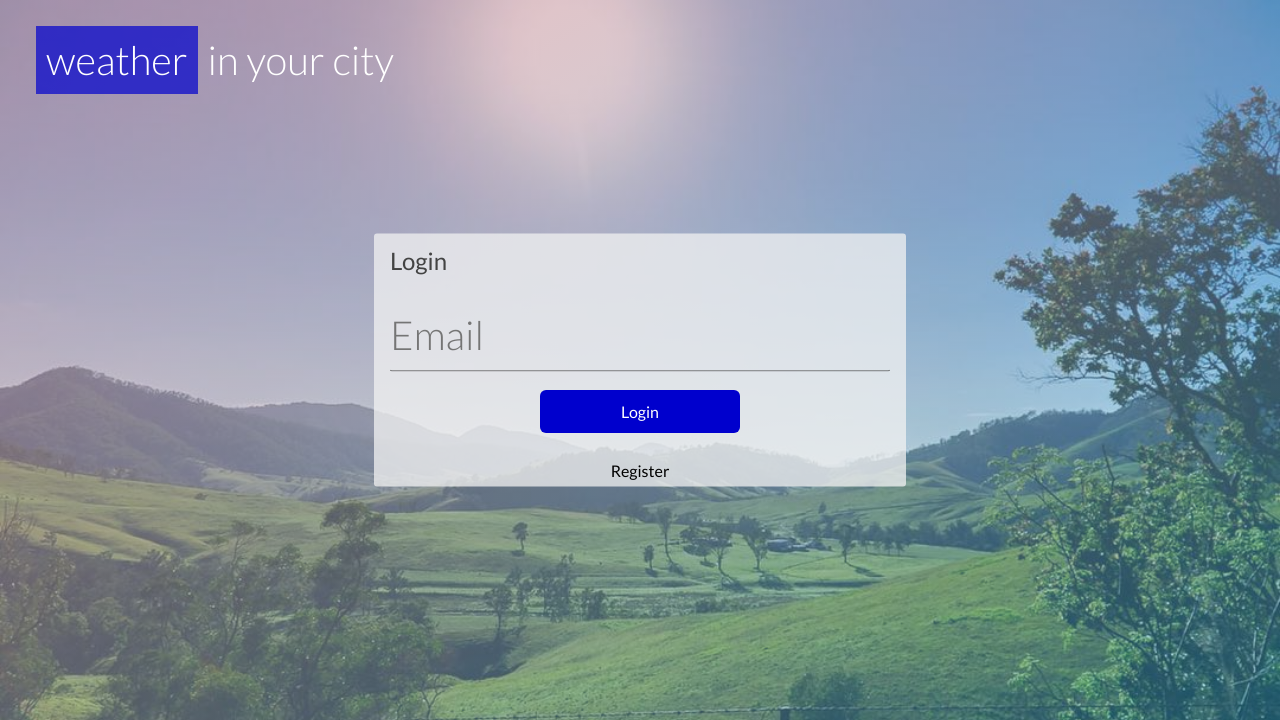
Repository: nosplashurinal/weather-app
Page: /, after clicking the first element matching `button.next`
The author's editor kept a copy of each file at every save. The page is drawn from the files as they stood at one save, then again after the next save.
The browser window is 1280 px wide. The pictures show the whole page.
The project was rebuilt for these pictures with package versions that can differ from the ones it lists, and the page was loaded fresh each time. Also part of the build but not shown: src/components/RecentSearches.vue, src/components/Search.vue, src/components/WeatherDataBlock.vue.

Above is the page before, as saved 2018-12-31 17:19:58.

### public/index.html
<!DOCTYPE html>
<html lang="en">

<head>
	<meta charset="utf-8">
	<meta http-equiv="X-UA-Compatible" content="IE=edge">
	<meta name="viewport" content="width=device-width,initial-scale=1.0">
	<link rel="icon" href="<%= BASE_URL %>favicon.ico">
	<link href="https://fonts.googleapis.com/css?family=Lato:300,400" rel="stylesheet">
	<title>weather-app</title>
</head>

<body>
	<noscript>
		<strong>We're sorry but weather-app doesn't work properly without JavaScript enabled. Please enable it to continue.</strong>
	</noscript>
	<div id="app"></div>
	<!-- built files will be auto injected -->
</body>

</html>

### src/App.vue
<template>
  <div class="root-container">
    <div class="bg" v-bind:style="{backgroundImage: `url(${bg})`}"></div>
    <div class="overlay"></div>
    <div class="title">
      <span>weather</span>
      <span>in your city</span>
    </div>
    <transition name="slide">
      <Login v-if="!loginSuccess && !showRegistration" v-on:on-login="attemptLogin" />
    </transition>
    <Registration v-if="showRegistration" v-on:on-success="showRegistration = false" />
    <div v-if="loginSuccess" class="search-container" v-bind:class="{resultActive: showResults}">
      <Search
        v-bind:message="message"
        v-bind:showLoading="isLoadingResults"
        v-bind:isError="isError"
        v-on:on-key-press="onClickSearch"
        v-on:on-change="onInputChange"
      />
      <transition name="ease">
        <div class="results-container" v-if="showResults">
          <WeatherDataBlock v-bind:weatherData="weatherData"/>
        </div>
      </transition>
    </div>
  </div>
</template>

<script>
import Search from "./components/Search.vue";
import WeatherDataBlock from "./components/WeatherDataBlock.vue";
import Login from "./components/Login.vue";
import Registration from "./components/Registration.vue";
import axios from "axios";

export default {
  name: "app",
  components: {
    Search,
    WeatherDataBlock,
    Login,
    Registration
  },
  data() {
    return {
      currentQueryValue: null,
      results: [],
      showResults: false,
      address: null,
      isError: false,
      message: null,
      searchQuery: null,
      isLoadingResults: false,
      units: "metric",
      weatherData: undefined,
      bg: "/images/bg.jpg",
      weatherBg: null,
      screenWidth: window.innerWidth,
      screenHeight: window.innerHeight,
      showRegistration: false,
      loginSuccess: false
    };
  },
  created: function() {
    if (!JSON.parse(window.localStorage.getItem("user"))) {
      this.showRegistration = true;
    }
  },
  mounted: function() {
    if (JSON.parse(window.localStorage.getItem("searches"))) {
      this.validateRecentSearches();
    }
  },
  watch: {
    async searchQuery(newQuery) {
      let storedWeatherData;
      this.showResults = false;

      // Check if anything is saved in localStorage
      if (window.localStorage.getItem("searches")) {
        // Now, check if the current query matches anything in localStorage
        storedWeatherData = this.getFromLocalStorage(newQuery);
      } else {
        // Create an empty object in localStorage
        window.localStorage.setItem("searches", null);
      }
      if (storedWeatherData) {
        this.isLoadingResults = true;
        // Translate localStorage data into the format needed to display the data
        setTimeout(
          () =>
            (this.weatherData = this.parseStoredWeatherData(
              storedWeatherData.result
            )),
          0.0001
        );
      } else {
        this.isLoadingResults = true;
        try {
          let weatherData = await this.fetchWeatherDataForCity(
            this.searchQuery
          );
          const formattedData = this.parseApiResponse(newQuery, weatherData);
          this.pushDataToLocalStorage(formattedData);
          this.weatherData = formattedData.result;
        } catch {
          this.isLoadingResults = false;
          this.isError = true;
        }
      }
    },
    weatherData() {
      this.isLoadingResults = false;
      this.showResults = true;
      this.changeBackgroundImage();
    }
  },
  methods: {
    async validateRecentSearches() {
      let storedData = window.localStorage.getItem("searches");
      let storedDataObject = JSON.parse(storedData);
      let promiseArray = [];
      let newDataObject = [];
      storedDataObject.forEach(({ result }) => {
        promiseArray.push(this.fetchWeatherDataForCity(result.name));
      });
      let responseArray = await Promise.all(promiseArray);
      responseArray.forEach((data, index) => {
        const formattedData = this.parseApiResponse(
          storedDataObject[index].query,
          data
        );
        newDataObject.push(formattedData);
      });
      window.localStorage.setItem("searches", JSON.stringify(newDataObject));
    },
    timeDifferenceBetwenNowAndDate(d) {
      const date = new Date(d * 1000);
      const now = new Date();
      return (now.getTime() - date.getTime()) / (1000 * 60);
    },
    attemptLogin(e) {
      const user = window.localStorage.getItem("user");
      if (user === e) {
        this.loginSuccess = true;
      }
    },
    onInputChange() {
      if (this.isError) this.isError = false;
    },
    pushDataToLocalStorage(newDataItem) {
      let storedData = window.localStorage.getItem("searches");
      let storedDataObject = JSON.parse(storedData);
      let newDataObject = [];
      if (storedDataObject) {
        newDataObject = [...storedDataObject, newDataItem];
      } else {
        newDataObject.push(newDataItem);
      }
      window.localStorage.setItem("searches", JSON.stringify(newDataObject));
    },
    parseApiResponse(query, data) {
      return {
        query,
        result: {
          id: data.sys.id,
          temp: data.main.temp,
          name: data.name,
          country: data.sys.country,
          icon: data.weather[0].icon,
          description: data.weather[0].description,
          date: data.dt,
          humidity: data.wind.speed,
          wind: data.main.humidity
        }
      };
    },
    parseStoredWeatherData(data) {
      return {
        name: data.name,
        country: data.country,
        humidity: data.humidity,
        temp: data.temp,
        wind: data.wind,
        icon: data.icon,
        description: data.description,
        date: data.date
      };
    },
    getFromLocalStorage(i) {
      const localStorage = window.localStorage;
      const searchObject = JSON.parse(localStorage.getItem("searches"));
      if (searchObject) {
        return searchObject.find(item => item.query === i);
      } else {
        return null;
      }
    },
    onClickSearch(e) {
      this.searchQuery = e;
    },
    fetchWeatherDataForCity(city) {
      return new Promise((resolve, reject) => {
        axios
          .get(
            `http://api.openweathermap.org/data/2.5/weather?q=${city}&APPID=7c519880689160b16f5d233f16f2868d${
              this.units === "metric" ? "&units=metric" : ""
            }`
          )
          .then(response => {
            if (response.status === 404) {
              reject(response.err);
            } else {
              resolve(response.data);
            }
          })
          .catch(() => {
            this.isError = true;
            this.isLoadingResults = false;
            return;
          });
      });
    },
    changeBackgroundImage() {
      var newImg = new Image();
      newImg.onload = () => (this.bg = newImg.src);
      newImg.src = `https://loremflickr.com/1920/1080/${
        this.weatherData.description
      }`;
    }
  }
};
</script>

<style lang="scss" src="@/styles/app.scss">
</style>

### src/styles/app.scss
@import "./global.scss";
@import "./constants.scss";

.root-container {
  width: 100%;
  height: auto;
  overflow-y: scroll;
  overflow-x: hidden;
  font-size: 16px;
}
.bg {
  position: absolute;
  background-repeat: no-repeat;
  background-size: cover;
  background-position: center;
  -webkit-transition: background-image 500ms ease-in-out;
  transition: background-image 500ms ease-in-out;
  width: 100%;
  height: 100%;
}
.overlay {
  position: absolute;
  width: 100%;
  height: 100%;
  background-image: linear-gradient(
    to bottom right,
    rgba(230, 154, 154, 0.65),
    rgba(44, 181, 232, 0.4)
  );
}
.title {
  position: absolute;
  top: 36px;
  left: 36px;
  width: auto;
  height: auto;
  text-align: center;
  font-size: 2.5em;
  color: #fff;
  font-family: $font-primary;
  font-weight: 100;
  > span {
    padding: 0.25em;
    &:nth-child(1) {
      background-color: rgba($blue, 0.7);
    }
  }
}
.search-container {
  position: absolute;
  top: 50%;
  transform: translate(-50%, -50%);
  left: 50%;
  .results-container {
    margin-top: 4em;
    z-index: 9;
  }
}
.ease-enter-active,
.ease-leave-active {
  transition: all 900ms cubic-bezier(0, 0.57, 0.01, 0.97);
}
.ease-enter, .ease-leave-to /* .fade-leave-active below version 2.1.8 */ {
  opacity: 0;
  transform: scale(0.9) translate(0, 50px);
}
.slide-enter-active, .slide-leave-active {
  transition: opacity 350ms ease-in-out;
}
.slide-enter /* .fade-leave-active below version 2.1.8 */ {
  opacity: 0;
}

### src/styles/global.scss
html, body {
	position: relative;
	width: 100%;
	height: 100%;
}

body {
	color: #333;
	margin: 0;
	padding: 0;
	box-sizing: border-box;
	font-family: -apple-system, BlinkMacSystemFont, "Segoe UI", Roboto, Oxygen-Sans, Ubuntu, Cantarell, "Helvetica Neue", sans-serif;
}

a {
	color: rgb(0,100,200);
	text-decoration: none;
}

a:hover {
	text-decoration: underline;
}

a:visited {
	color: rgb(0,80,160);
}

label {
	display: block;
}

input, button, select, textarea {
	font-family: inherit;
	font-size: inherit;
	padding: 0.4em;
	margin: 0 0 0.5em 0;
	box-sizing: border-box;
	border: 1px solid #ccc;
	border-radius: 2px;
}

input:disabled {
	color: #ccc;
}

button {
	background-color: #f4f4f4;
	outline: none;
}

button:active {
	background-color: #ddd;
}

button:focus {
	border-color: #666;
}

p {
	margin: 0;
	padding: 0;
}

ul {
	list-style: none;
}
input:focus {
	outline: 0;
}
button {
	border: 0;
}

### src/styles/constants.scss
$blue: rgb(0, 0, 205);
$font-primary: "Lato", sans-serif;

### src/components/Login.vue
<template>
  <div class="login">
    <div class="login-container">
      <p>Login</p>
      <input
        autocomplete="off"
        type="email"
        name="email"
        class="email"
        id="email"
        placeholder="Email"
        v-on:keypress="onKeyPress"
      >
      <div class="button-container">
        <button class="login" v-on:click="onLogin">Login</button>
        <button class="register-button">Register</button>
      </div>
    </div>
  </div>
</template>
<script>
export default {
  name: "Login",
  methods: {
    onKeyPress(e) {
      this.$emit("on-login", e.target.value);
    }
  }
};
</script>
<style lang="scss" src="@/styles/login.scss">
</style>

### src/components/Registration.vue
<template>
  <div class="registration">
    <p>Please take a few moments to register.</p>
    <div class="fields-container">
      <input
        placeholder="Enter your Email"
        autofocus
        autocomplete="off"
        type="email"
        name="email"
        class="email"
        id="email"
        v-model="email"
      >
      <input
        placeholder="Enter your Name"
        autofocus
        autocomplete="off"
        type="text"
        name="name"
        class="name"
        id="name"
        v-model="name"
      >
      <input
        placeholder="Mobile"
        autofocus
        autocomplete="off"
        type="phone"
        name="mobile"
        class="mobile"
        id="mobile"
        v-model="mobile"
      >
      <input
        placeholder="Where are you located?"
        autofocus
        autocomplete="off"
        type="text"
        name="location"
        class="location"
        id="location"
        v-model="location"
      >
    </div>
    <button type="button" class="next" v-on:click="onRegister">Next</button>
  </div>
</template>
<script>
export default {
  name: "Registration",
  data() {
    return {
      email: null,
      name: null,
      mobile: null,
      location: null
    };
  },
  methods: {
    onRegister() {
      const { email, name, mobile, location } = this;
      const userObject = {
        email,
        name,
        mobile,
        location
      };
      window.localStorage.setItem("user", JSON.stringify(userObject));
      this.$emit("on-success");
    }
  }
};
</script>
<style lang="scss" src="@/styles/registration.scss">
</style>

### src/styles/login.scss
@import "./constants.scss";

.login {
  position: absolute;
  top: 50%;
  transform: translate(-50%, -50%);
  left: 50%;
  background: rgba(#f2f2f2, 0.75);
  border-radius: 3px;
  font-family: "Lato", sans-serif;
  padding: 0 1em;
  .login-container {
    display: flex;
    flex-direction: column;
    position: relative;
    p {
      color: #434343;
      position: relative;
      font-size: 1.5em;
      padding: 0.5em 0;
      margin-bottom: 0.5em;
      flex: none;
      width: auto;
    }
    input {
      color: #434343;
      background: transparent;
      border: 0;
      display: block;
      border-bottom: 1px solid #434343;
      font-size: 2.5em;
      font-weight: 300;
      margin: 0;
      width: 500px;
      height: auto;
      padding: 0;
      padding: 0.3em 0;
      margin-bottom: 1em;
      position: relative;
      &:focus {
        background: transparent;
        border: 0;
        border-bottom: 1px solid #434343;
        outline: none;
        box-shadow: none;
      }
      ::-webkit-input-placeholder {
        /* Chrome/Opera/Safari */
        color: #434343;
      }
      ::-moz-placeholder {
        /* Firefox 19+ */
        color: #434343;
      }
    }
    .button-container {
      flex: none;
      position: relative;
      bottom: 0;
      text-align: center;
      font-size: 1em;
      .login {
        background: $blue;
        color: #fff;
        text-align: center;
        border-radius: 6px;
        cursor: pointer;
        width: 200px;
        height: auto;
        position: relative;
        padding: 0.75em;
        display: block;
        margin: 0;
      }
      .register-button {
        width: 200px;
        height: auto;
        background: none;
        margin: auto;
        position: relative;
        display: block;
        cursor: pointer;
        &:hover {
          text-decoration: underline;
        }
      }
    }
  }
  .fade-enter-active,
  .fade-leave-active {
    transition: opacity 350ms ease-in-out;
  }
  .fade-enter, .fade-leave-to /* .fade-leave-active below version 2.1.8 */ {
    opacity: 0;
  }
}

### src/styles/registration.scss
@import "./constants.scss";

.registration {
  position: absolute;
  top: 50%;
  transform: translate(-50%, -50%);
  left: 50%;
  background: rgba(#f2f2f2, 0.75);
  border-radius: 3px;
  font-family: "Lato", sans-serif;
  padding: 0 1em;
  p {
    color: #434343;
    position: relative;
    font-size: 1.5em;
    padding: 0.5em 0;
    margin-bottom: 0.5em;
  }
  .fields-container {
    position: relative;
    padding: 0 1.25em;
    ::-webkit-input-placeholder { /* Chrome/Opera/Safari */
      color: #434343;
    }
    ::-moz-placeholder { /* Firefox 19+ */
      color: #434343;
    }
    input {
      color: #434343;
      background: transparent;
      border: 0;
      display: block;
      border-bottom: 1px solid #434343;
      font-size: 1.5em;
      font-weight: 300;
      margin: 0;
      width: 100%;
      height: auto;
      padding: 0;
      padding: 0.3em 0;
      margin-bottom: 1em;
      &::focus {
        background: transparent;
        border: 0;
        border-bottom: 1px solid #434343;
        outline: none;
        box-shadow: none;
      }
    }
  }
  .next {
    background: $blue;
    color: #fff;
    padding: 0.75em;
    margin-right: 1em;
    border-radius: 6px;
    cursor: pointer;
    float: right;
  }
}

Loaded but not shown: src/main.js (common file)

After the next save:
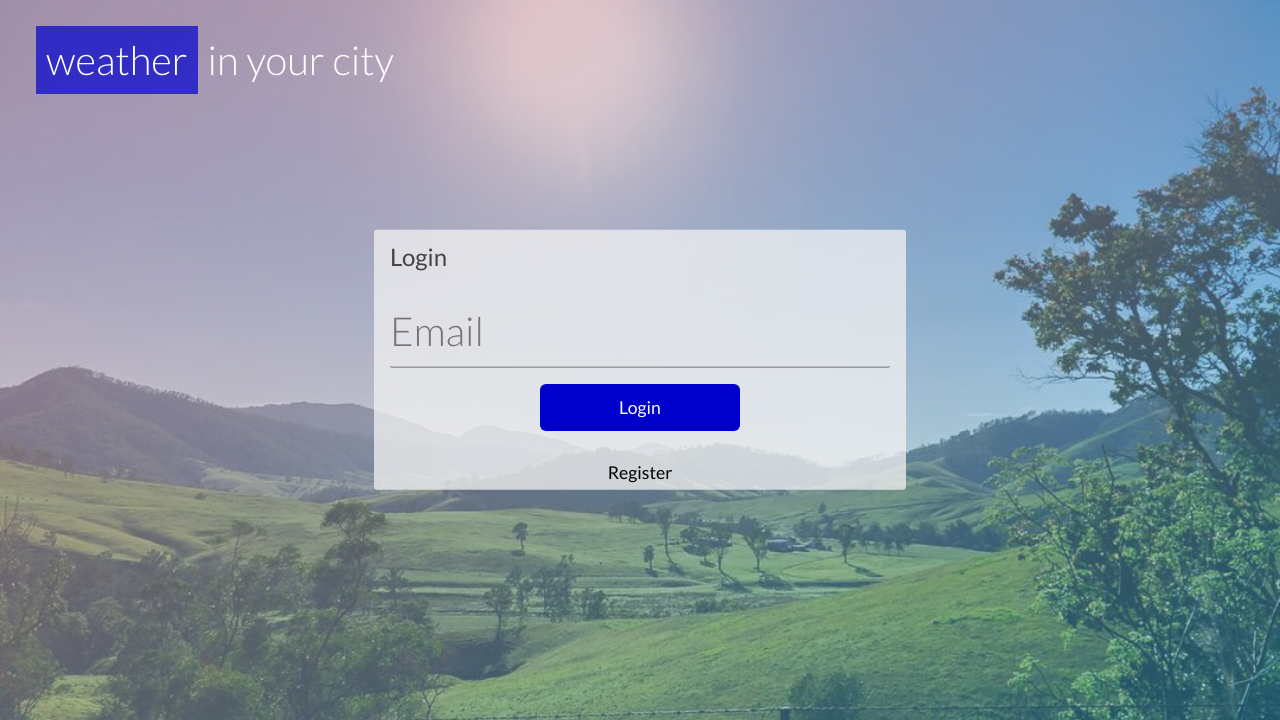
Saved 6 s later.
--- a/src/styles/login.scss
+++ b/src/styles/login.scss
@@ -58,7 +58,7 @@
       position: relative;
       bottom: 0;
       text-align: center;
-      font-size: 1em;
+      font-size: 1.1em;
       .login {
         background: $blue;
         color: #fff;
